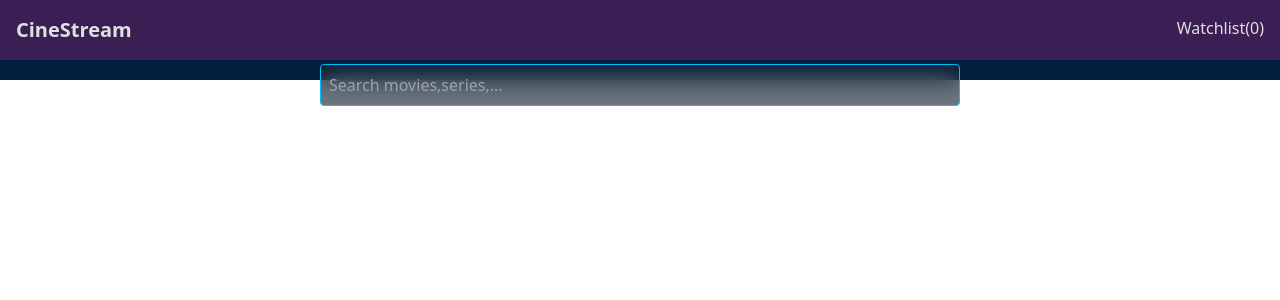
Repository: Reshmashameem31/Cine-Stream
Page: / (app in movie-project/)
These files come from the project's save history. The page is drawn as it stood at one moment and after the next save; the edit follows.
The browser window is 1280 px wide. The pictures show the whole page.
The project was rebuilt for these pictures with package versions that can differ from the ones it lists, and the page was loaded fresh each time. Also part of the build but not shown: movie-project/vite.config.js, movie-project/src/pages/WatchList.jsx.

Above is the page before, as saved 2025-08-15 16:23:00.

After the next save:
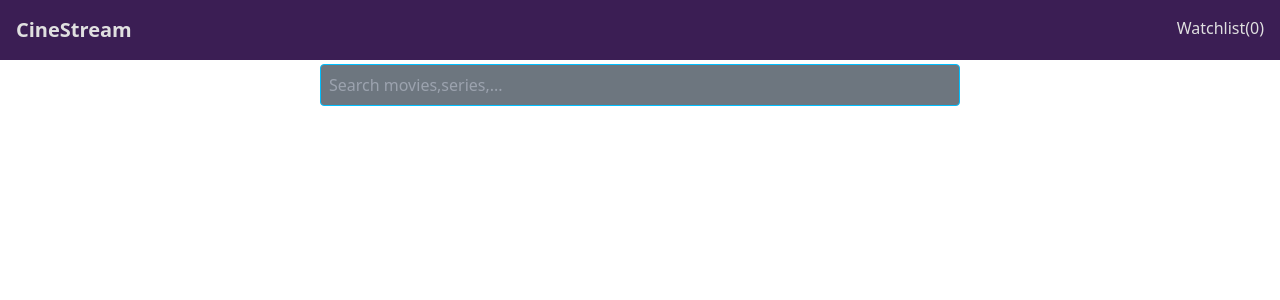
Saved 19 s later.
--- a/movie-project/src/pages/Home.jsx
+++ b/movie-project/src/pages/Home.jsx
@@ -2,7 +2,7 @@ import React from 'react'
 
 const Home = () => {
   return (
-    <div className='p-4 pt-16 bg-[#001F3F]'>
+    <div className='p-4 pt-16 '>
         <input type='text' placeholder='Search movies,series,...'
          className='p-2 w-3/4 md:w-1/2 border rounded border-[#00BFFF]
           bg-[#0D1B2A] bg-opacity-60 backdrop-blur-md text-white fixed  left-1/4  top-16' />
